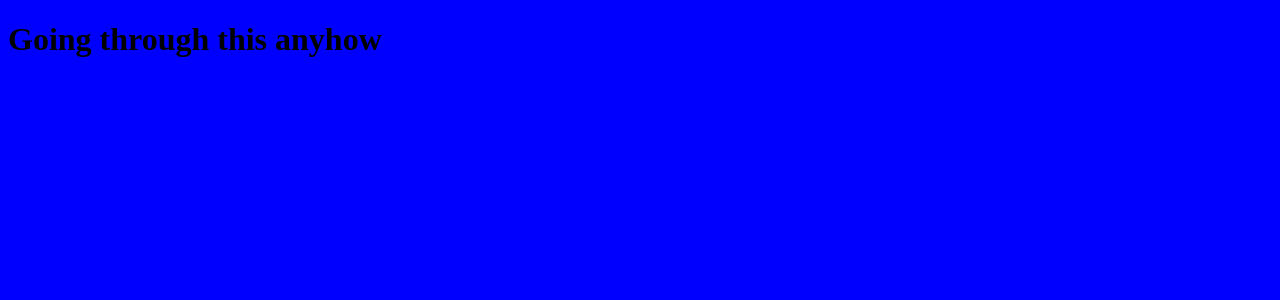
Repository: Art101-ui/HCJ-Projects
Page: index.html
These files come from the project's save history. The page is drawn as it stood at one moment and after the next save; the edit follows.
The browser window is 1280 px wide. The pictures show the whole page.

Above is the page before, as saved 2022-03-06 22:56:18.

### index.html
<!DOCTYPE html>
<html lang="en">
  <head>
    <meta charset="UTF-8" />
    <meta http-equiv="X-UA-Compatible" content="IE=edge" />
    <meta name="viewport" content="width=device-width, initial-scale=1.0" />
    <link rel="stylesheet" href="style.css" />
    <title>Document</title>
  </head>
  <body>
    <h1>Going through this anyhow</h1>
  </body>
</html>

Loaded but not shown: style.css (common file)

After the next save:
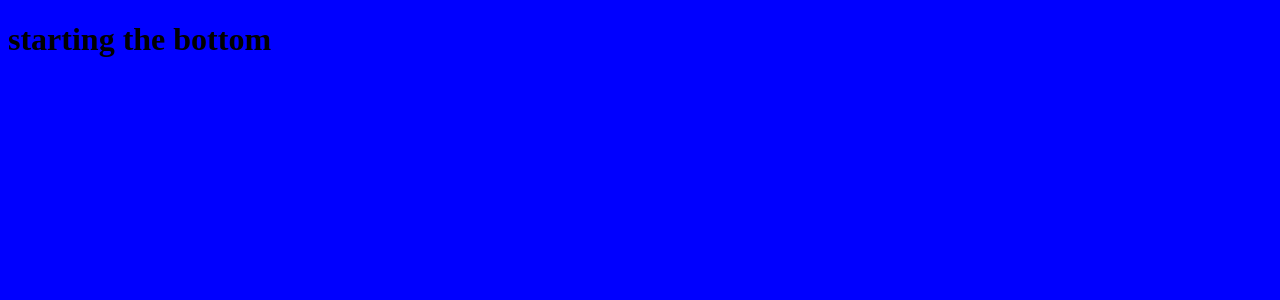
Saved 101 min 0 s later.
--- a/index.html
+++ b/index.html
@@ -8,6 +8,6 @@
     <title>Document</title>
   </head>
   <body>
-    <h1>Going through this anyhow</h1>
+    <h1>starting the bottom</h1>
   </body>
 </html>
